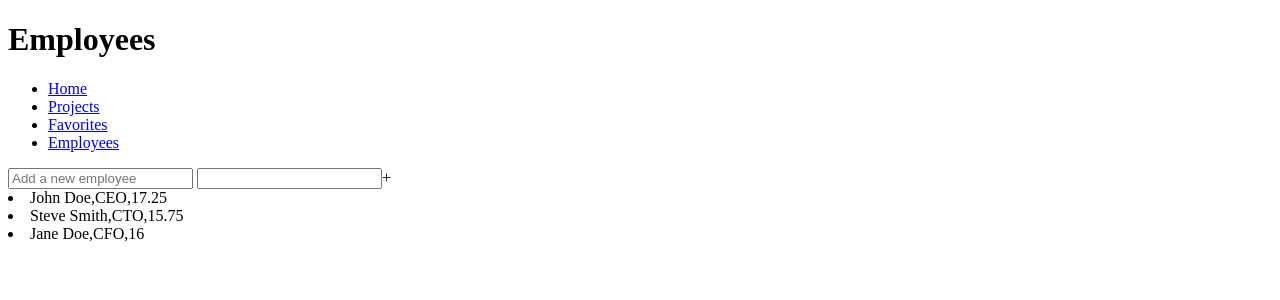
Repository: Kayla-amr/workApp
Page: client/employees.html
The author's editor kept a copy of each file at every save. The page is drawn from the files as they stood at one save, then again after a run of saves.
The browser window is 1280 px wide. The pictures show the whole page.

Above is the page before, as saved 2023-12-04 06:12:01.
Console error: ReferenceError: employee is not defined

After the next 3 saves:
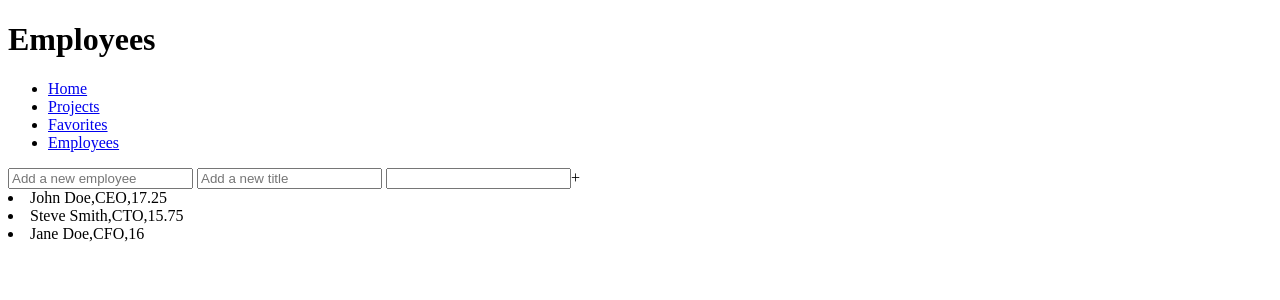
The 3 saves are shown as one change because they came seconds apart.
The last was saved 10 s later.
--- a/client/employees.html
+++ b/client/employees.html
@@ -19,7 +19,8 @@
         </nav>
         <div class="input">
             <input class="userEName" type="text" placeholder="Add a new employee">
-            <input class="userE"
+            <input class="userETitle" type="text" placeholder="Add a new title">
+            <input
 
             <button class="addInput">+</button>
 
